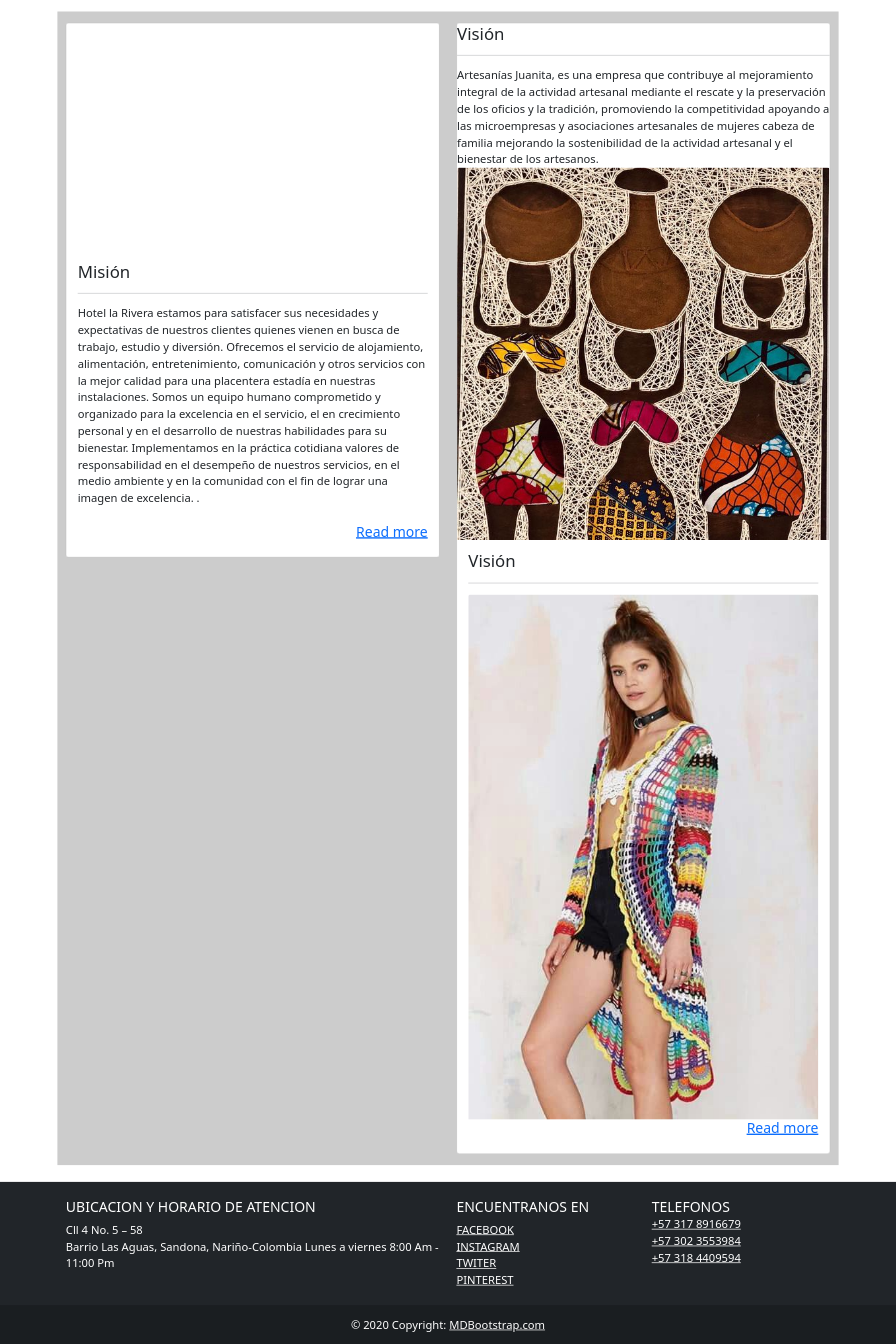
Repository: PG210/taller_artesania
Page: http://localhost/arte/mision
The author's editor kept a copy of each file at every save. The page is drawn from the files as they stood at one save, then again after the next save.
The browser window is 1280 px wide. The pictures show the part of the page from y = 2899 to 4819 px (the page is 4819 px tall before and 4069 px after), at 70% of full size.
Pictures or frames that could not be fetched are drawn as grey boxes. The page is served by the project's Laravel application, run on PHP 8.4 with Laravel 8. A made-up administrator, Test User (test@example.com), is signed in.

Above is the page before, as saved 2021-01-14 15:29:35.

After the next save:
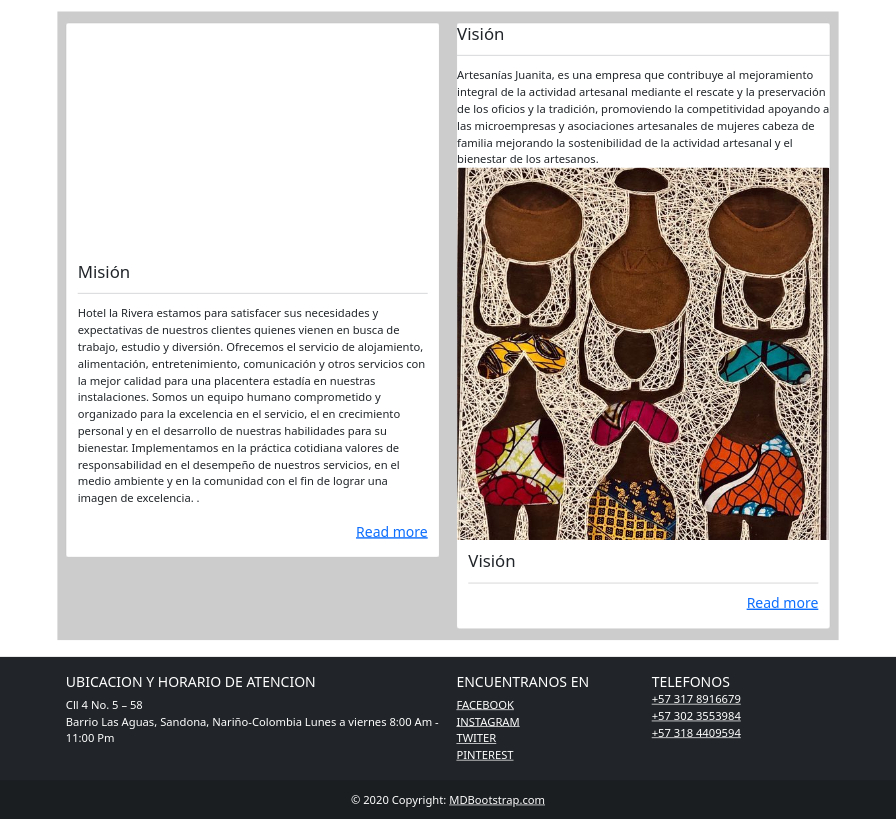
Saved 34 s later.
--- a/resources/views/arte/mision.blade.php
+++ b/resources/views/arte/mision.blade.php
@@ -84,7 +84,7 @@
             <h4 class="card-title">Visión</h4>
             <hr class="hr-light">
             <!-- Text -->
-            <img class="card-img-top" src="../img/9.jpg"
+
             <!-- Link -->
             <a href="#!" class="white-text d-flex justify-content-end">
               <h5>Read more <i class="fas fa-angle-double-right"></i></h5>
